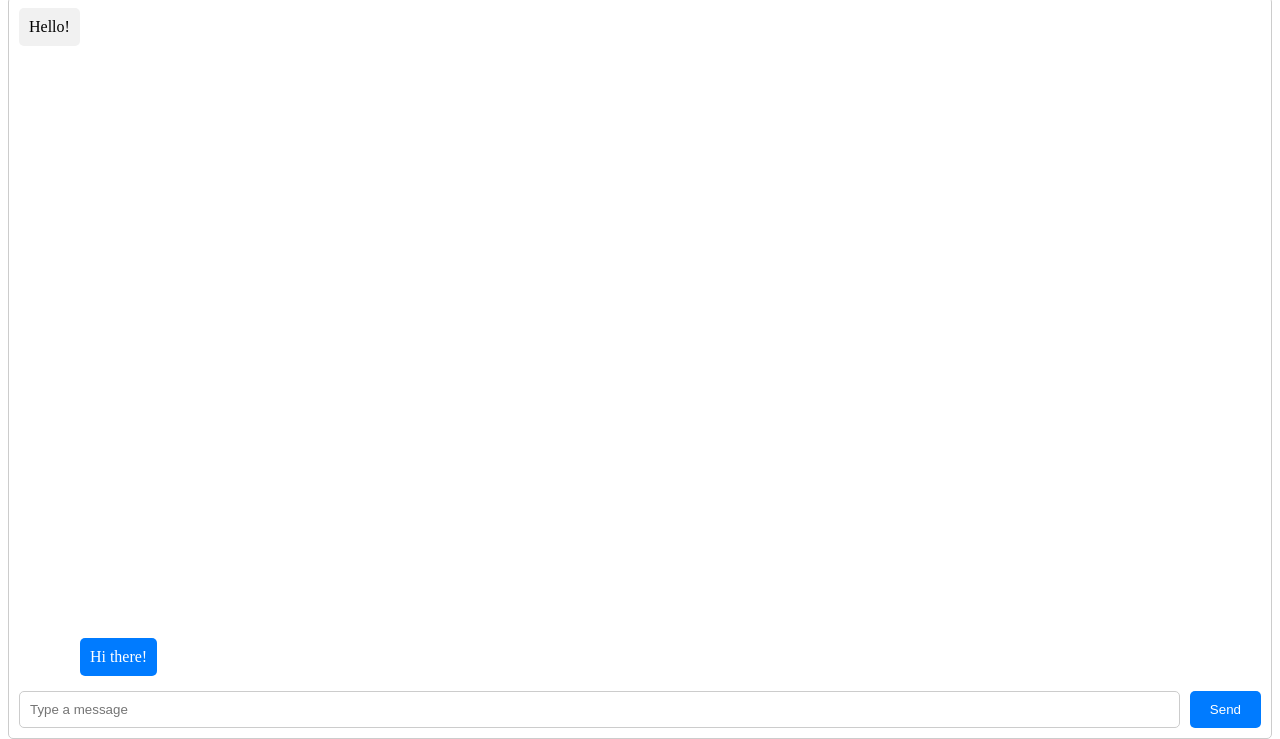
Repository: CryptoFamilyNFT/develhope
Page: / (app in vite/v1/)
These files come from the project's save history. The page is drawn as it stood at one moment and after the next save; the edit follows.
The browser window is 1280 px wide. The pictures show the whole page.
The project was rebuilt for these pictures with package versions that can differ from the ones it lists, and the page was loaded fresh each time. Also part of the build but not shown: vite/v1/vite.config.js.

Above is the page before, as saved 2025-02-12 10:46:21.

### vite/v1/src/App.jsx
//import { Button } from "./components/Button";
//import { Counter } from "./components/Counter";
//import { Clock, Counter2 } from "./components/Counter2";
import Chat from "./components/Chat";
//import MouseClicker from "./components/MouseClicker";


function App() {

  return (
    <div style={{
      width: "100%",
      height: "100vh",
      alignItems: "center",
      display: "flex",
      justifyContent: "center",
      gap: 100
    }}>
      {/*
      <div>
        <Button onClick={() => alert(new Date().toLocaleString())}>Click me!</Button>
      </div>
      <Counter />
      <Counter2 />
      <Clock />
      <MouseClicker />
      */}
      <Chat />
    </div>
  );
}

export default App;

### vite/v1/src/components/Chat.jsx
/* eslint-disable no-unused-vars */
import React, { useState } from 'react';

const styles = {
    chatContainer: {
        display: 'flex',
        flexDirection: 'column',
        height: '100%',
        width: '100%',
        border: '1px solid #ccc',
        borderRadius: '5px',
        padding: '10px',
    },
    messages: {
        flex: 1,
        overflowY: 'auto',
        marginBottom: '10px',
        display: 'flex',
    },
    message: {
        padding: '10px',
        borderRadius: '5px',
        marginBottom: '5px',
    },
    received: {
        backgroundColor: '#f1f1f1',
        alignSelf: 'flex-start',
        maxWidth: '70%'
    },
    sent: {
        backgroundColor: '#007bff',
        color: '#fff',
        alignSelf: 'flex-end',
        textAlign: 'right',
        maxWidth: '70%',

    },
    inputContainer: {
        display: 'flex',
    },
    input: {
        flex: 1,
        padding: '10px',
        borderRadius: '5px',
        border: '1px solid #ccc',
        marginRight: '10px',
    },
    button: {
        padding: '10px 20px',
        borderRadius: '5px',
        border: 'none',
        backgroundColor: '#007bff',
        color: '#fff',
        cursor: 'pointer',
    },
};

const Chat = () => {
    const [messages, setMessages] = useState([
        { text: 'Hello!', sender: 'received' },
        { text: 'Hi there!', sender: 'sent' },
    ]);
    const [input, setInput] = useState('');

    const handleSend = () => {
        if (input.trim()) {
            setMessages([...messages, { text: input, sender: 'sent' }]);
            setInput('');
        }
    };

    return (
        <div style={styles.chatContainer}>
            <div style={styles.messages}>
                {messages.map((message, index) => (
                    <div
                        key={index}
                        style={{
                            ...styles.message,
                            ...(message.sender === 'received' ? styles.received : styles.sent),
                        }}
                    >
                        {message.text}
                    </div>
                ))}
            </div>
            <div style={styles.inputContainer}>
                <input
                    type="text"
                    value={input}
                    onChange={(e) => setInput(e.target.value)}
                    placeholder="Type a message"
                    style={styles.input}
                />
                <button onClick={handleSend} style={styles.button}>
                    Send
                </button>
            </div>
        </div>
    );
};

export default Chat;

Loaded but not shown: vite/v1/index.html (common file); vite/v1/src/index.jsx (common file)

After the next save:
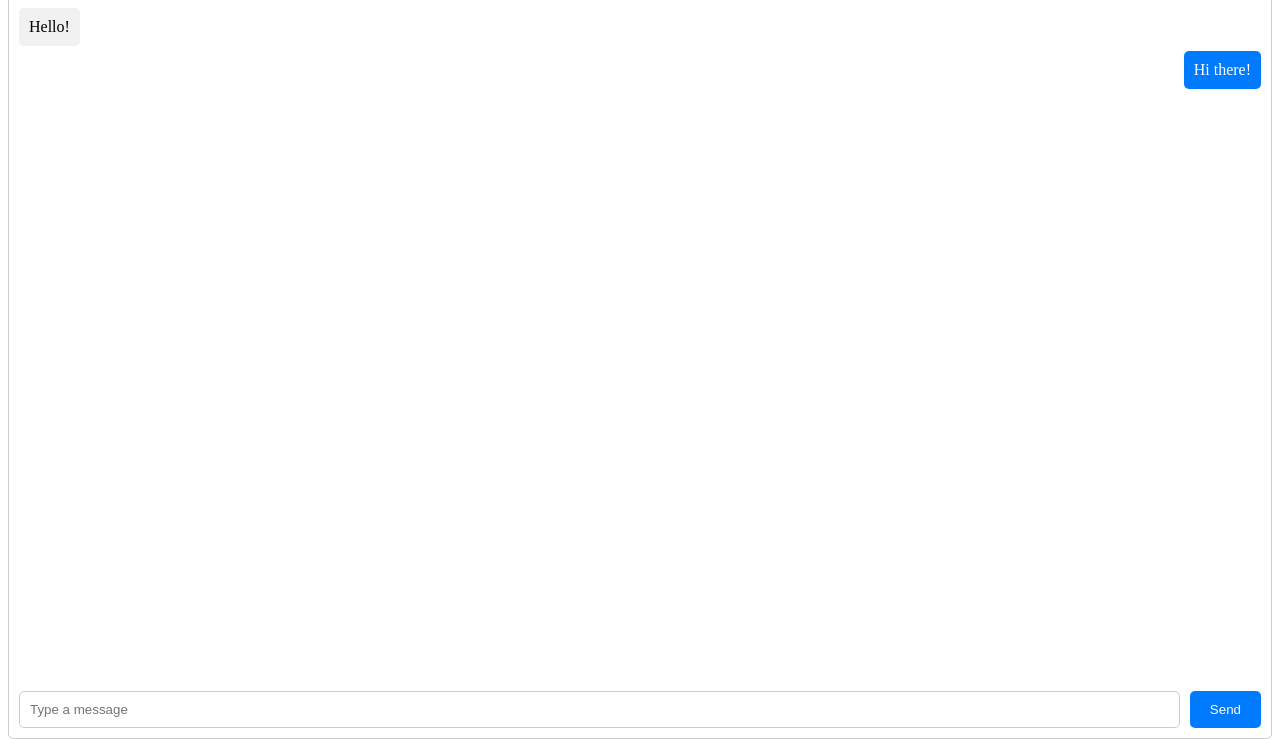
Saved 5 s later.
--- a/vite/v1/src/components/Chat.jsx
+++ b/vite/v1/src/components/Chat.jsx
@@ -16,6 +16,7 @@ const styles = {
         overflowY: 'auto',
         marginBottom: '10px',
         display: 'flex',
+        flexDirection: 'column',
     },
     message: {
         padding: '10px',
